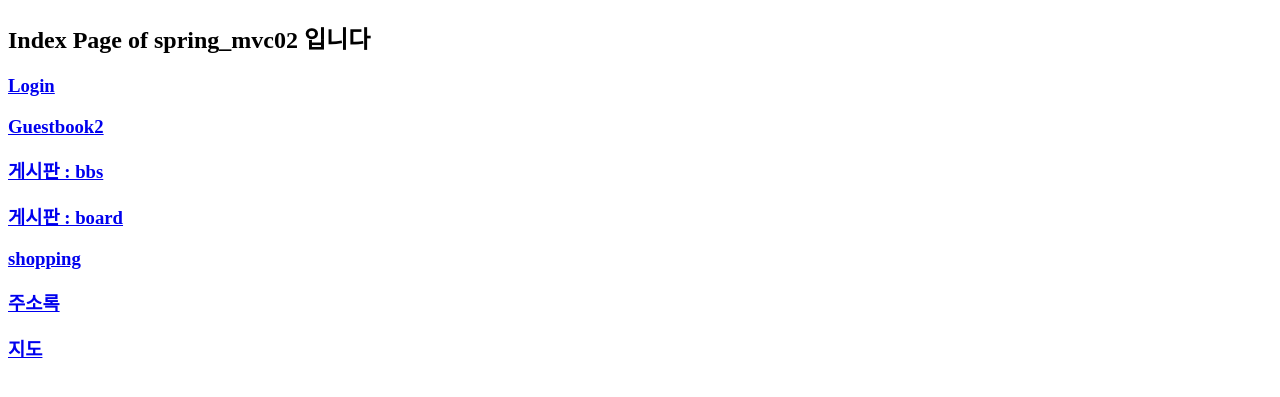
Repository: Koran1/springmvcstudy
Page: http://localhost/spring_mvc02/WEB-INF/views/index.jsp
These files come from the project's save history. The page is drawn as it stood at one moment and after a run of saves; the edit follows.
The browser window is 1280 px wide. The pictures show the whole page.
The page is served by Tomcat 9. Nobody is signed in. The template is opened directly, without the code that normally fills it, so the values that code supplies are empty.

Above is the page before, as saved 2024-10-22 04:01:22.

After the next 2 saves:
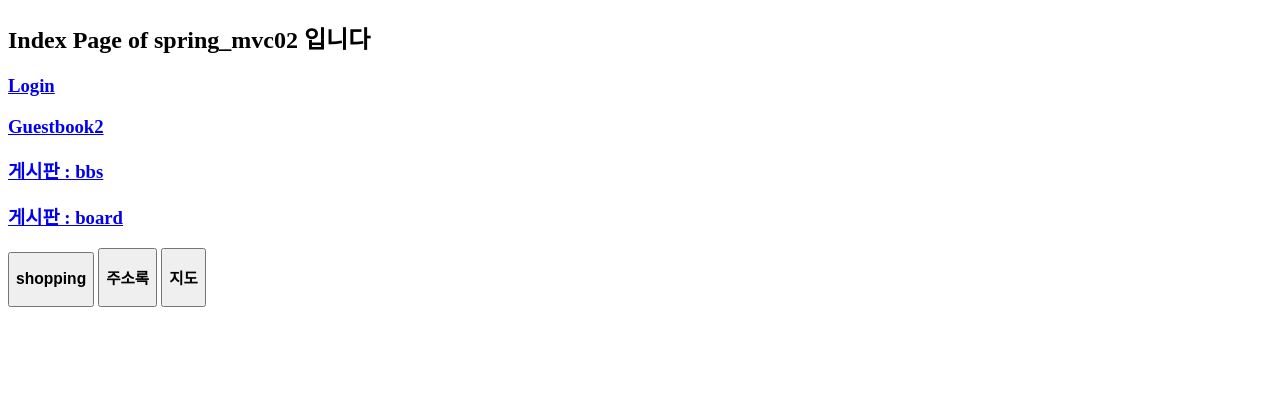
The 2 saves are shown as one change because they came seconds apart.
The last was saved 3 min 19 s later.
--- a/spring_mvc02/src/main/webapp/WEB-INF/views/index.jsp
+++ b/spring_mvc02/src/main/webapp/WEB-INF/views/index.jsp
@@ -12,9 +12,10 @@
 	<h3><a href="#">Guestbook2</a></h3>
 	<h3><a href="#">게시판 : bbs</a></h3>
 	<h3><a href="#">게시판 : board</a></h3>
-	<h3><a href="#">shopping</a></h3>
-	<h3><a href="#">주소록</a></h3>
-	<h3><a href="#">지도</a></h3>
+
+	<button><h3>shopping</h3></button>
+	<button><h3>주소록</h3></button>
+	<button><h3>지도</h3></button>
 
 
 </body>
